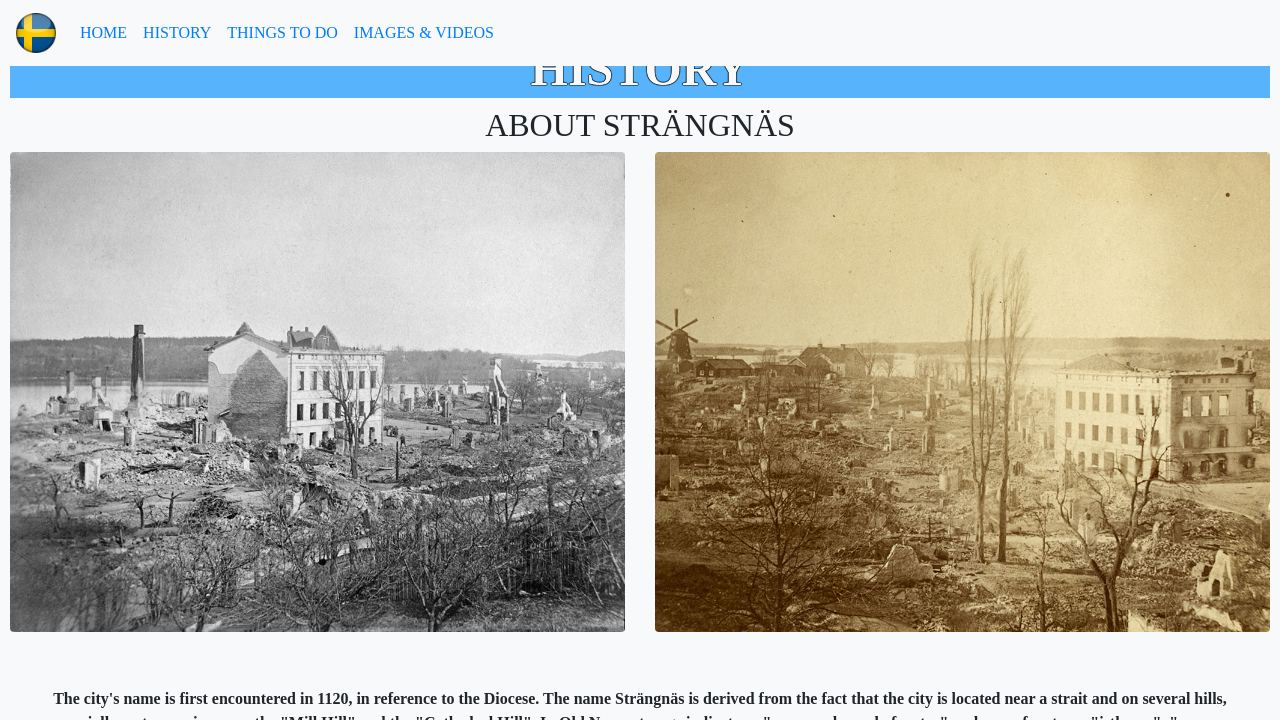
Repository: kososwede/first-project
Page: history.html
The author's editor kept a record of every edit. The page is drawn from the files as they stood at one moment, then again after the next edit.
The browser window is 1280 px wide. The pictures show the whole page.
An inner scrolling area shows only its first screen. Some web fonts or font styles are not loaded; a fallback is used.

Above is the page before.

After the next edit:
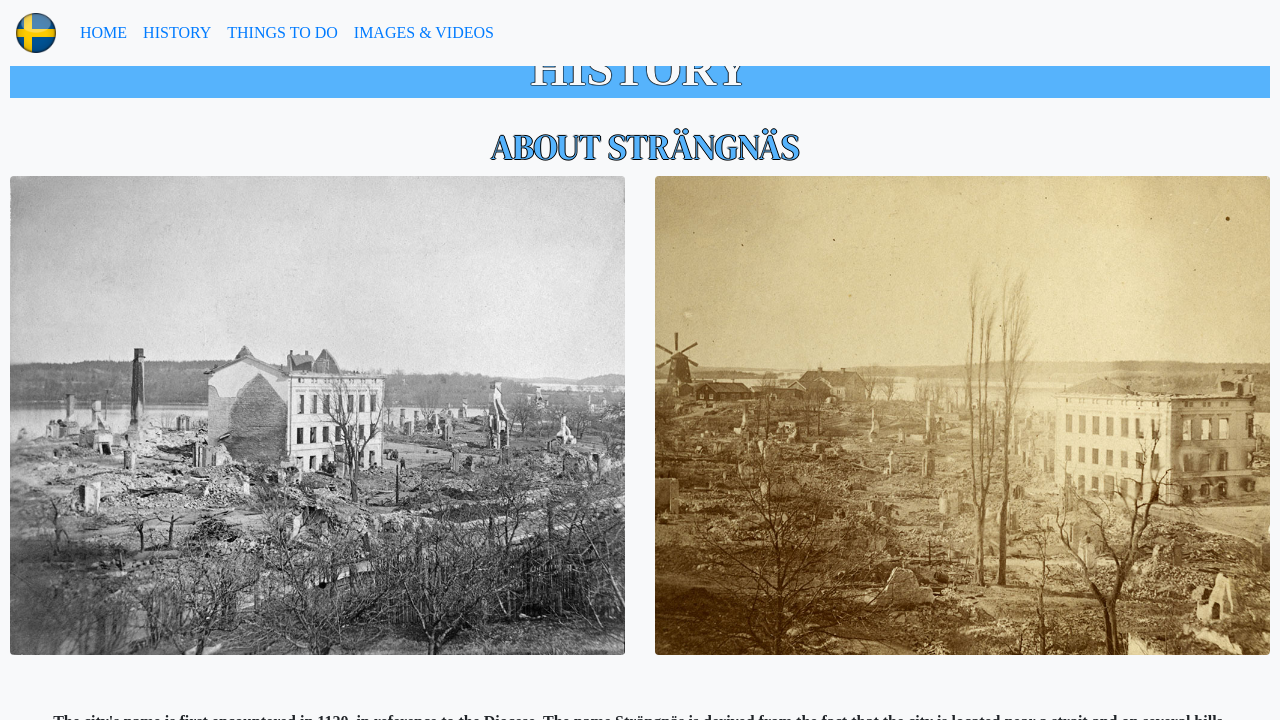
The edit:
--- a/assets/css/style.css
+++ b/assets/css/style.css
@@ -64,11 +64,13 @@
     margin-top: 30px;
 }
 
-.history-sub-head {
-    color: #f8f9fa;
-    background-color: #56b3fc;
-    text-align: center;
-    margin-top: 30px;
+.history-sub-head1 {
+   font-family: 'DM Serif Display', serif;
+    padding-left: 10px;
+    padding-top: 20px;
+    font-size: 35px;
+    color: #56b3fc ;
+     text-shadow: -1px 0 black, 0 1px black, 1px 0 black, 0 -1px black;
 
 }
 
